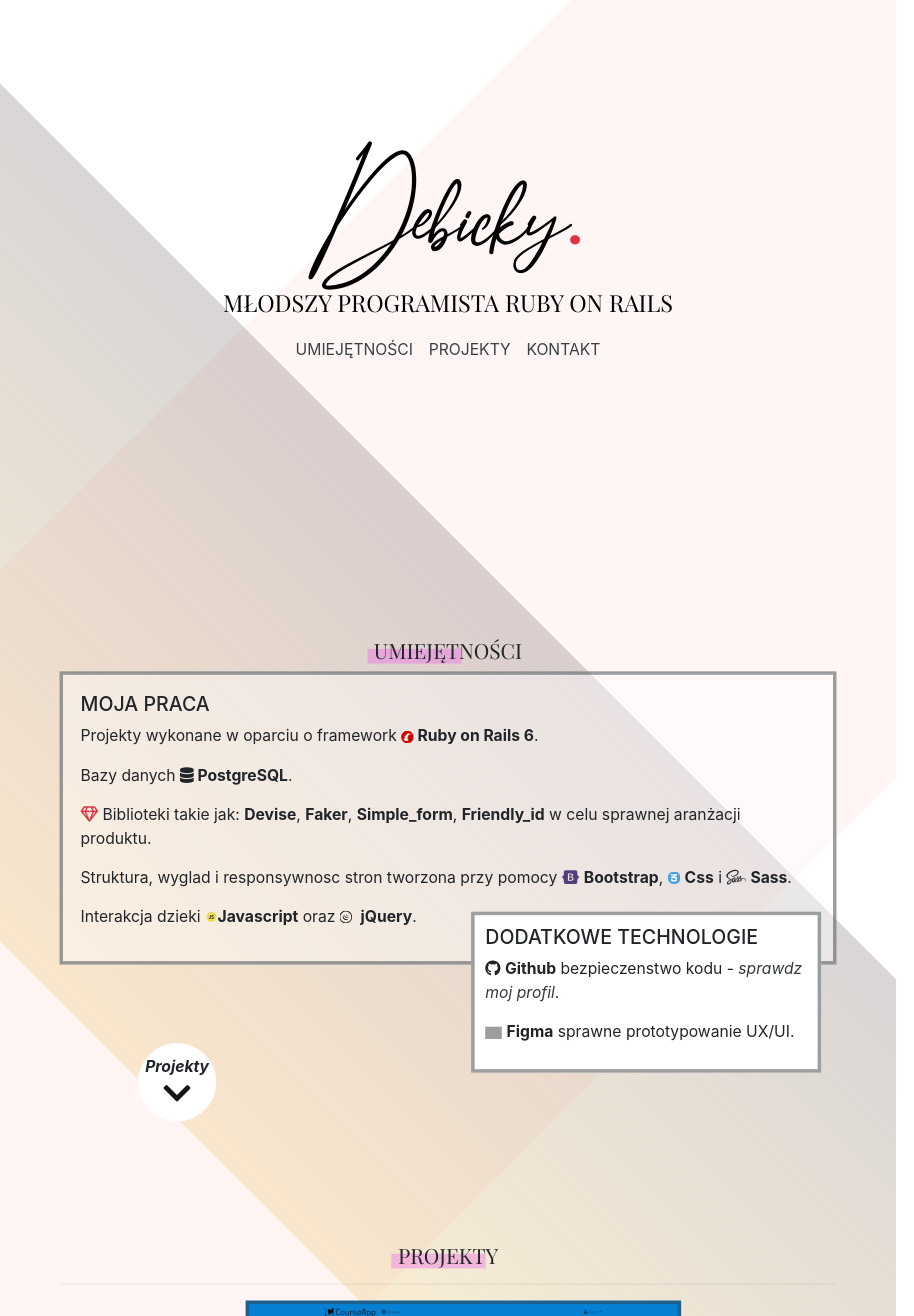
Repository: debicky/debicky.github.io
Page: index.html
These files come from the project's save history. The page is drawn as it stood at one moment and after a run of saves; the edit follows.
The browser window is 1280 px wide. The page is 1280 px wide, then 1306 px, so the pictures cover 1306 px, including what lies to the right of the window. The pictures show the part of the page from y = 0 to 1880 px (the page is 4616 px tall), at 70% of full size.
Pictures or frames that could not be fetched are drawn as grey boxes. Some web libraries are served in a nearby version.

Above is the page before, as saved 2020-06-15 13:40:55.

### index.html
<!DOCTYPE html>
<html lang="en">
<head>
  <meta charset="UTF-8">
  <meta name="viewport" content="width=device-width, initial-scale=1.0">
  <title>Debicky</title>
  <link rel="stylesheet" href="https://stackpath.bootstrapcdn.com/bootstrap/4.5.0/css/bootstrap.min.css" integrity="sha384-9aIt2nRpC12Uk9gS9baDl411NQApFmC26EwAOH8WgZl5MYYxFfc+NcPb1dKGj7Sk" crossorigin="anonymous">
  <link rel="stylesheet" href="https://cdnjs.cloudflare.com/ajax/libs/font-awesome/5.11.2/css/all.min.css">
  <link rel="stylesheet" href="styles.css">
  <link rel="stylesheet" href="https://unpkg.com/aos@next/dist/aos.css" />

</head>
<body>


  <header>
    <div class="signature" data-aos="fade-in" data-aos-duration="2000">
      <h5 class="signature-heading ">Debicky<span class="text-danger font-weight-bolder">.</span></h5>
      <h3 class="signature-subheading">Młodszy Programista Ruby on Rails</h3>
    </div>

    <div class="container">
      <nav class="navbar navbar-expand-md p-0 rounded" data-aos="fade-in" data-aos-duration="3000">
        <button class="navbar-toggler" type="button" data-toggle="collapse" data-target="#navbarSupportedContent" aria-controls="navbarSupportedContent" aria-expanded="false" aria-label="Toggle navigation">
          <i class="fas fa-bars"></i>
          <i class="fas fa-times"></i>
        </button>

        <div class="collapse navbar-collapse d-md-flex justify-content-center" id="navbarSupportedContent">
          <ul class="navbar-nav">
            <li class="nav-item">
              <a class="nav-link" href="#about">Umiejętności</a>
            </li>
            <li class="nav-item">
              <a class="nav-link" href="#projects">Projekty</a>
            </li>
            <li class="nav-item">
              <a class="nav-link" href="#contact">Kontakt</a>
            </li>
          </ul>
        </div>
      </nav>
    </div>
  </header>

  <section class="about" id="about">
    <div class="container">
      <h1 class="text-center">Umiejętności</h1>

        <div class="about-content">
          <div class="main-about-description">
            <h5 class="text-uppercase">Moja praca</h5>
            <p>Projekty wykonane w oparciu o framework <img src="/images/icons/ror.svg" alt="ror-icon"><b> Ruby on Rails 6</b>.
            <p>Bazy danych <i class="fas fa-database"></i><b> PostgreSQL</b>.</p>
            <p><i class="far fa-gem text-danger"></i> Biblioteki takie jak: <b>Devise</b>, <b>Faker</b>, <b>Simple_form</b>, <b>Friendly_id</b> w celu sprawnej aranżacji produktu. </p>
            <p>Struktura, wyglad i responsywnosc stron tworzona przy pomocy <span><i class="fab fa-bootstrap text-bootstrap"></i> <b>Bootstrap</b></span>, <span><img src="/images/icons/css.svg" alt="css-icon"> <b>Css</b></span> i <span><i class="fab fa-sass"></i> <b>Sass</b></span>.</p>
            <p>Interakcja dzieki <img src="/images/icons/js.svg" alt="js-icon"><b>Javascript</b> oraz <span><img src="/images/icons/jquery.svg" alt="jquery-icon"> <b> jQuery</b></span>.</p>
          </div>
          <div class="minor-about-description">
            <h5 class="text-uppercase">Dodatkowe technologie</h5>
            <p><i class="fab fa-github"></i> <b>Github</b> bezpieczenstwo kodu  - <a href="https://github.com/debicky" target="_blank" class="text-dark font-italic">sprawdz moj profil</a>.</p>
            <p><img src="/images/icons/figma.svg" alt="figma-icon"> <b>Figma</b> sprawne prototypowanie UX/UI.</p>
          </div>
          <div class="project-down d-none d-sm-flex" id="project-down">
            <span class="font-italic"><b>Projekty</b></span>
            <i class="fas fa-chevron-down"></i>
          </div>
        </div>

    </div>
  </section>




  <section class="projects" id="projects">
    <div class="container">
      <h1 class="text-center">Projekty</h1>
      <hr>

        <div class="project-content">
          <div class="project-description">
            <blockquote class="blockquote">
              <p class="mb-0">Course-app</p>
              <span class="blockquote-footer">Platforma e-learningowa.</footer>
            </blockquote>
            <p>Tworz kursy, dodawaj lekcje, sledz postep Twoich uczniow.</p>
            <p>Wybierz interesujacy Cie temat, zakup i ucz sie!</p>
            <div class="btn-group-vertical">
              <a href="https://github.com/debicky/course-application" target="_blank" class="btn btn-outline-dark btn-sm">Dowiedz sie wiecej na Github </a>
              <a href="https://course-application-debart.herokuapp.com/" target="_blank" class="btn btn-outline-primary btn-sm">CourseApp online</a>
            </div>
          </div>
          <div class="project-image">
            <a href="/images/1.jpeg">
              <img src="/images/course.png" alt="course-app-screenshot">
            </a>
          </div>
        </div>

        <div class="project-content">
          <div class="project-description">
            <blockquote class="blockquote">
              <p class="mb-0">YourShop</p>
              <span class="blockquote-footer">Sklep internetowy.</footer>
            </blockquote>
            <p>Tworz produkty oraz ich kategorie.</p>
            <p>Dodaj do koszyka. Wybierz ilosc i rozmiar. Kup!</p>
            <div class="btn-group-vertical">
              <a href="https://github.com/debicky/yourshop" target="_blank" class="btn btn-outline-dark btn-sm">Dowiedz sie wiecej na Github </a>
              <a href="http://your-shop-debart.herokuapp.com/" target="_blank" class="btn btn-outline-primary btn-sm">YourShop online</a>
            </div>
          </div>
          <div class="project-image">
            <a href="/images/1.jpeg">
              <img src="/images/shop.png" alt="shop-app-screenshot">
            </a>
          </div>
        </div>

        <div class="project-content">
          <div class="project-description">
            <blockquote class="blockquote">
              <p class="mb-0">Shop-app</p>
              <span class="blockquote-footer">Platforma e-learningowa.</footer>
            </blockquote>
            <p>Tworz kursy, dodawaj lekcje, sledz postep Twoich uczniow.</p>
            <p>Wybierz interesujacy Cie temat, zakup i ucz sie!</p>
            <div class="btn-group-vertical">
              <a href="https://github.com/debicky/course-application" target="_blank" class="btn btn-outline-dark btn-sm">Dowiedz sie wiecej na Github </a>
              <a href="https://course-application-debart.herokuapp.com/" target="_blank" class="btn btn-outline-primary btn-sm">CourseApp online</a>
            </div>
          </div>
          <div class="project-image">
            <a href="/images/1.jpeg">
              <img src="/images/course.png" alt="img1">
            </a>
          </div>
        </div>


    </div>
  </section>

  <section class="contact" id="contact">
    <div class="container">
      <h1 class="text-center">Kontakt</h1>
      <hr>

      <div class="row">
        <div class="col-12 col-md-6 col-lg-6 mb-5 mb-md-0">
          <div class="jumbotron">
            Potrzebujesz wiecej informacji?
            Wyslij mi wiadomosc e-mail lub skontaktuj sie przez Messenger!
          </div>
        </div>
        <div class="col-12 col-md-6 col-lg-6 mb-5 mb-md-0">
          <div class="jumbotron">SECOND</div>
        </div>
      </div>
    </div>
  </section>


  <footer class="py-5">
    <div class="up" id="up">
      <i class="fas fa-chevron-up"></i>
    </div>
    <div class="container">
      <div class="row">
        <div class="col-12 col-md-5 col-lg-4 mb-5 mb-md-0">
          <div class="signature-footer">
            <h5 class="signature-footer-heading">Debicky<span class="text-danger font-weight-bolder">.</span></h5>
            <h3 class="signature-footer-subheading">Programista Ruby on Rails</h3>
          </div>
          <small class="d-block mt-2 text-muted">&copy; 2020</small>
        </div>
        <div class="col-12 col-md-5 col-lg-4 mb-5">
          <h5 class="text-uppercase">Media</h5>
            <ul class="list-unstyled mb-0">
              <li>
                <a href="https://www.facebook.com/artur.debicki.5" class="text-muted"><i class="fab fa-facebook"></i> Facebook</a>
              </li>
              <li>
                <a href="https://www.instagram.com/debicky" class="text-muted"><i class="fab fa-instagram"></i> Instagram</a>
              </li>
              <li>
                <a href="https://github.com/debicky" class="text-muted"><i class="fab fa-github"></i> Github</a>
              </li>
            </ul>
        </div>
        <div class="col-12 col-md-5 col-lg-4">
          <h5 class="text-uppercase">Kontakt</h5>
            <ul class="list-unstyled mb-0">
              <li>
                <a href="mailto:arturd444@gmail.com" class="text-muted"><i class="fas fa-envelope"></i> arturd444@gmail.com</a>
              </li>
              <li>
                <p class="text-muted"><i class="fa fa-phone"></i> +48 692 138 221</p>
              </li>
            </ul>
        </div>
      </div>
    </div>
  </footer>



  <script src="https://code.jquery.com/jquery-3.5.0.min.js" crossorigin="anonymous"></script>
  <script src="https://cdn.jsdelivr.net/npm/popper.js@1.16.0/dist/umd/popper.min.js" integrity="sha384-Q6E9RHvbIyZFJoft+2mJbHaEWldlvI9IOYy5n3zV9zzTtmI3UksdQRVvoxMfooAo" crossorigin="anonymous"></script>
  <script src="https://stackpath.bootstrapcdn.com/bootstrap/4.5.0/js/bootstrap.min.js" integrity="sha384-OgVRvuATP1z7JjHLkuOU7Xw704+h835Lr+6QL9UvYjZE3Ipu6Tp75j7Bh/kR0JKI" crossorigin="anonymous"></script>
  <script src="https://unpkg.com/aos@next/dist/aos.js"></script>
  <script src="script.js"></script>

</body>
</html>

### styles.css
@import url('https://fonts.googleapis.com/css?family=Playfair+Display+SC|Roboto:300,400&display=swap');

@font-face {
  font-family: "AmostelySignature";
  src: url("/fonts/AmostelySignature.ttf");
  }


* {
  margin: 0;
  padding: 0;
  box-sizing: border-box;
}

body {
  background-image: linear-gradient(45deg, transparent 0%, transparent 55%,rgba(238, 202, 125, 0.336) 55%, rgba(83, 67, 67, 0.219) 76%,transparent 76%, transparent 100%),linear-gradient(135deg, transparent 0%, transparent 14%,rgba(255,1,1, 0.04) 14%, rgba(255,1,1, 0.04) 41%,transparent 41%, transparent 100%),linear-gradient(45deg, transparent 0%, transparent 2%,rgba(255,1,1, 0.04) 2%, rgba(255,1,1, 0.04) 18%,transparent 18%, transparent 100%),linear-gradient(135deg, transparent 0%, transparent 61%,rgba(255,1,1, 0.04) 61%, rgba(255,1,1, 0.04) 71%,transparent 71%, transparent 100%),linear-gradient(90deg, rgb(255,255,255),rgb(255,255,255));
}

html {
  font-family: "Roboto", sans-serif;

}

a:hover {
  text-decoration: none;
}

.text-bootstrap{
  color: #563d7c;
}

p span{
  white-space: pre;
}

/* Heading */

header{
  height: 100vh;
  width: 100%;
  display: flex;
  flex-direction: column;
  align-items: center;
  justify-content: center;

}

.signature{
  color: black;
  text-align: center;
  user-select: none;
}

.signature-heading{
  font-family: 'AmostelySignature', cursive;
  font-size: 7rem;
  margin-bottom: 30px;
}

.signature-subheading{
  font-family: 'Playfair Display SC', sans-serif;
  font-size: 1.5rem;
  text-transform: uppercase;
  margin-bottom: 20px;
}

/* Navbar */

.navbar{
  background-color: #384147;
}

.navbar-toggler i{
  color: #fff;
  font-size: 1.2rem;
}

.navbar-toggler .fa-times{
  display: none;
}

.navbar-toggler.menu-open  .fa-bars{
  display: none;
}

.navbar-toggler.menu-open  .fa-times{
  display: block;
}

.navbar-nav{
  padding: 20px;
}

.nav-link{
  color: #fff;
  text-transform: uppercase;
  transition: opacity .5s;
  font-size: 1rem;
}

.nav-link:hover{
  color: maroon;
}

/* about */

.about {
  height: 100vh;
  justify-content: center;
  align-items: center;
}

.about img{
height: 18px;
}

.main-about-description{
  width: 100%;
  background-color: rgba(255, 255, 255, .4);
  padding: 30px;
  outline: 5px solid rgba(56, 65, 71, 0.5);
  outline-offset: -5px;
  order: 1;
  margin-top: 5px;
}

.minor-about-description{
  width: 100%;
  background-color: rgba(255, 255, 255, .4);
  padding: 30px;
  outline: 5px solid rgba(56, 65, 71, 0.5);
  outline-offset: -5px;
  order: 1;
  margin-top: 5px;
}

.project-down{
  flex-direction: column;
  justify-content: center;
  align-items: center;
  width: 5rem;
  height: 5rem;
  background-color: #fff;
  border-radius: 100%;
  margin: 5rem;
  animation: pulse 2.5s infinite;
  cursor: pointer;
  z-index: 1;
}

.project-down i{
  color: #151515;
  font-size: 2rem;
}





/* section headers */

section h1{
  font-family: 'Playfair Display SC', sans-serif;
  font-size: 30px;
  text-transform: uppercase;
  position: relative;
  z-index: 1;
}

section h1::before {
  content: ' ';
  position: absolute;
  width: 6rem;
  background: #ec52ec57;
  height: .7em;
  bottom: 0;
  z-index: -1;
  margin-left: -.3em;
}

/* Projects */

.projects{
  margin-top: 20vh;
}

.project-content{
  margin-bottom: 10vh;
}

.project-description{
  width: 100%;
  background-color: rgba(255, 255, 255, 0.9);
  padding: 40px;
  outline: 5px solid rgba(56, 65, 71, 0.5);
  outline-offset: -5px;
  order: 1;
  margin-top: 5px;
}

.project-image{
  order: 2;
}

.project-image img{
  outline: 5px solid rgba(56, 65, 71, 0.5);
  outline-offset: -5px;
  width: 100%;
  height: auto;
  display: block;
}







/* Contact */

.contact{
  height: 70vh;
}


.jumbotron{
  width: 100%;
  display: flex;
  align-items: center;
  justify-content: center;
}

/* Footer */


footer {
  background-color: #151515;
  color: #fff;
}

.signature-footer{
  user-select: none;
}

.signature-footer-heading{
  font-family: 'AmostelySignature', cursive;
  font-size: 50px;
  margin-bottom: 30px;
  color: #fff;
}

.signature-footer-subheading{
  font-family: 'Playfair Display SC', sans-serif;
  font-size: 12px;
  text-transform: uppercase;
  color: #fff;
}

footer h5{
  font-family: 'Playfair Display SC', sans-serif;

}


a.text-muted:hover{
  color: maroon !important;
}

.up{
  position: absolute;
  width: 5rem;
  height: 5rem;
  background-color: #fff;
  right: 3rem;
  border-radius: 100%;
  display: flex;
  animation: pulse 2.5s infinite;
  cursor: pointer;
  z-index: 1;
}

.up i{
  color: #151515;
  font-size: 2rem;
  margin: auto;
}

@keyframes pulse {
  0%{
    box-shadow: 0 0 0 0 rgba(238, 132, 125, 0.99);
  }
  70%{
    box-shadow: 0 0 0 2rem rgba(238, 202, 125, 0);

  }
  100%{
    box-shadow: 0 0 0 0 rgba(238, 202, 125, 0);

  }
}

/* Responsive */

@media screen and (min-width: 768px) {
  .navbar{
    background-color: transparent;
  }
  .navbar-nav{
    padding: 0;
  }
  .nav-link{
    color: #384147;
  }

  nav:hover .nav-link:not(:hover){
    opacity: .5;
  }

  /* about resposnive */

  .about{
    margin-top: 15%;
  }

  .about-content{
    position: relative;
    display: block;
  }

  .minor-about-description{
    position: absolute;
    transform: translateY(-35%);
    left: 53%;
    width: 45%;
    padding: 20px;
    background-color: #fff;
  }

  .project-content{
    margin-bottom: 30vh;
  }



  /* project responsive */
  .project-content{
    position: relative;
    display: block;
  }

  .project-description{
    position: absolute;
    top: 80%;
    transform: translateY(-50%);
    width: 60%;
    outline-offset: -10px;
  }

  .project-image img{
    width: 70%;
    margin-left: auto;
  }

  .project-content:nth-child(2n) .project-description{
    position: absolute;
    top: 80%;
    transform: translateY(-0%);
    width: 60%;
    outline-offset: -10px;

  }

}

@media screen and (min-width: 1200px) {
  html{
    font-size: 1.4rem;
  }

  .project-description{
    top: 60%;
    width: 40%;
  }

  .project-image{
    width: 80%;
  }

  .contact{
    height: 70vh;
  }

  footer{
    height: 30vh;
  }

}

### script.js
$(document).ready(function () {

  AOS.init();


  $('.navbar-toggler').on('click', function () {
    $(this).toggleClass('menu-open');
  })

  $('.navbar .nav-link').on('click', function () {
    $('.navbar-collapse').toggleClass('show')
    $('.navbar-toggler').removeClass('menu-open')
  });

  $('nav a[href*="#').on('click', function () {
    $('html, body').animate({
      scrollTop: $($(this).attr('href')).offset().top - 100
    }, 900);
  });

  $('#project-down').on('click', function () {
    $('html, body').animate({
      scrollTop: $('#projects').offset().top - 10
    }, 900);
  });

  $('#up').on('click', function () {
    $('html, body').animate({
      scrollTop: 0
    }, 900);
  });






})

After the next 2 saves:
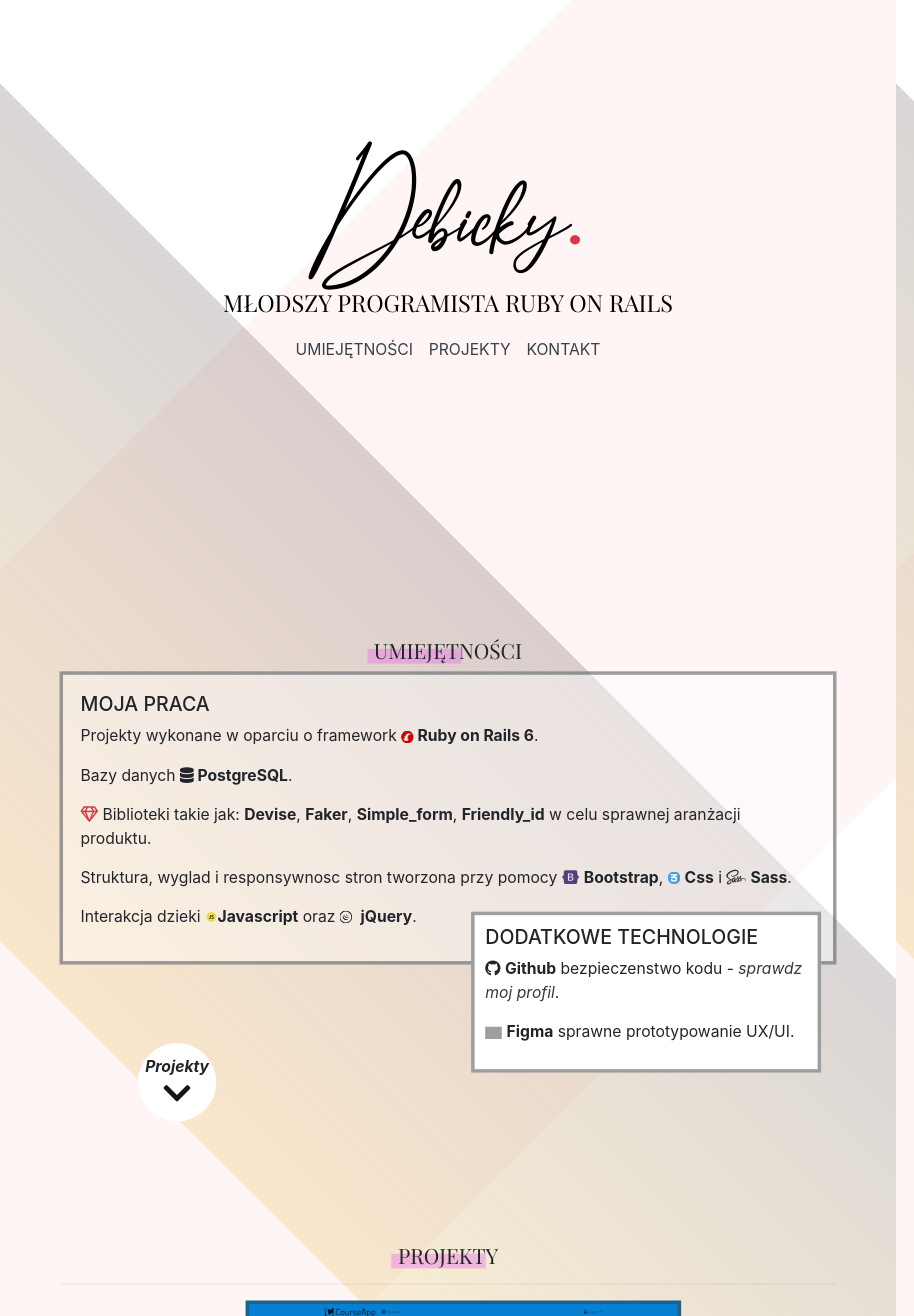
The 2 saves are shown as one change because they came seconds apart.
The last was saved 7 s later.
--- a/styles.css
+++ b/styles.css
@@ -364,7 +364,8 @@ a.text-muted:hover{
   .project-content:nth-child(2n) .project-description{
     position: absolute;
     top: 80%;
-    transform: translateY(-0%);
+    transform: translateY(-35%);
+    left: 50%;
     width: 60%;
     outline-offset: -10px;
 
